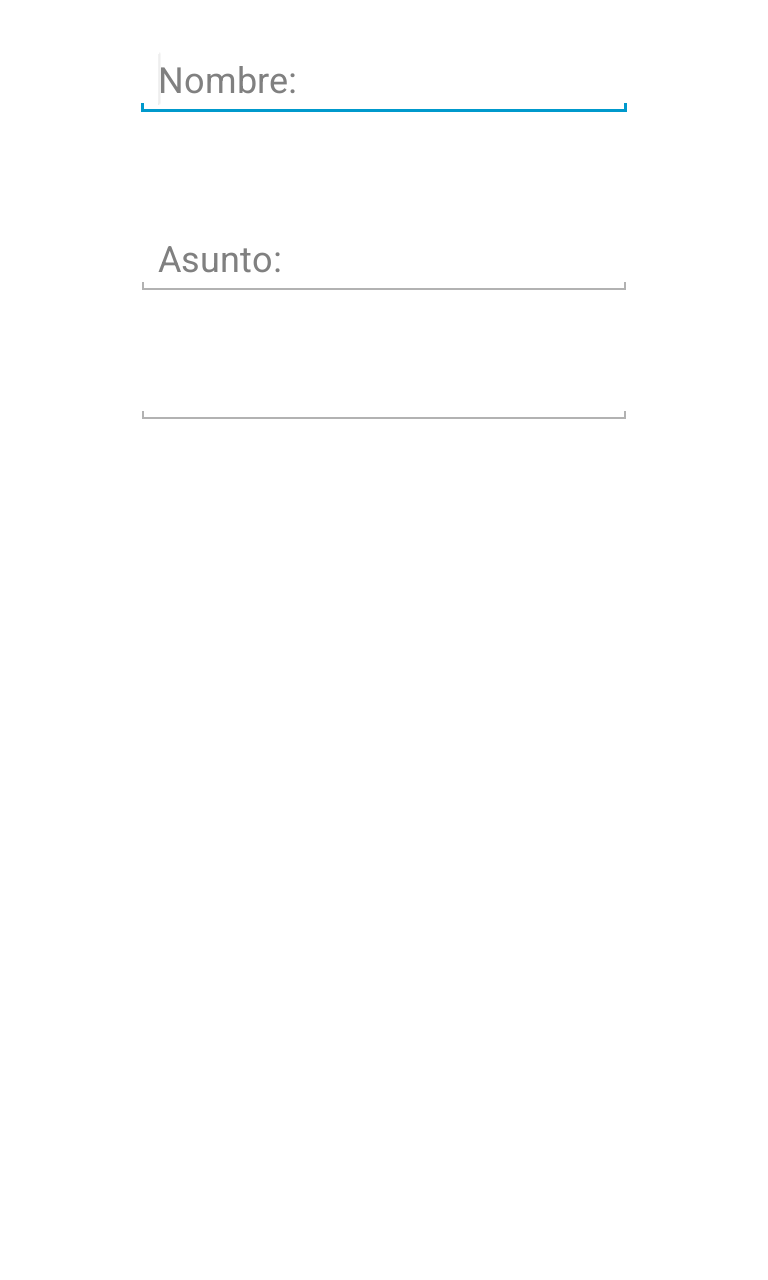
Repository: armandobs94/Dental.App
Layout: AplicacionMovil/DentalApp/Dental.App/res/layout/layout_contacto.xml
These files come from the project's save history. The layout is drawn as it stood at one moment and after the next save; the edit follows.
It is drawn on a 768 x 1280 px phone screen (xhdpi) without system bars, with theme AppTheme; the app's code is not run.

Above is the layout before, as saved 2015-06-13 03:38:03.

After the next save:
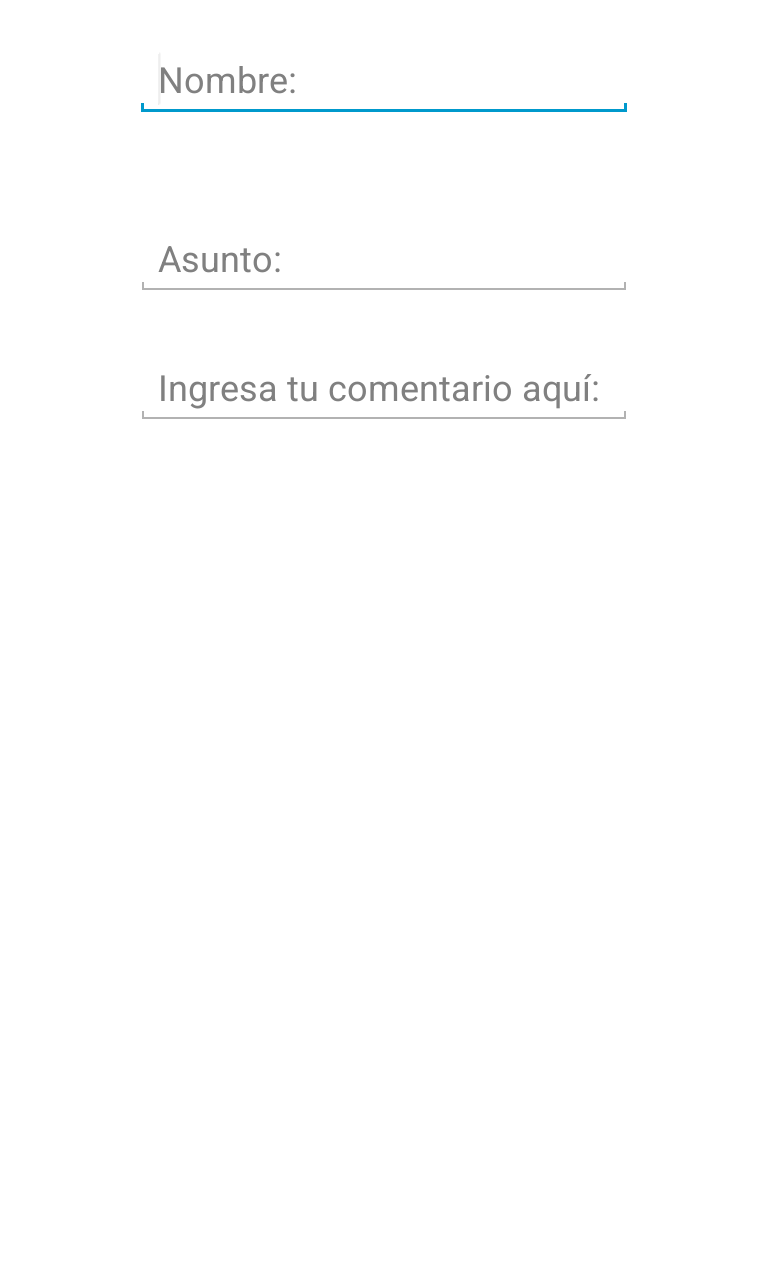
Saved 21 s later.
--- a/AplicacionMovil/DentalApp/Dental.App/res/layout/layout_contacto.xml
+++ b/AplicacionMovil/DentalApp/Dental.App/res/layout/layout_contacto.xml
@@ -45,6 +45,7 @@
                 android:layout_gravity="center_horizontal"
                 android:layout_marginTop="25dp"
                 android:ems="10"
+                android:hint="@string/campoComentario"
                 android:inputType="textMultiLine" />
 
         </LinearLayout>
